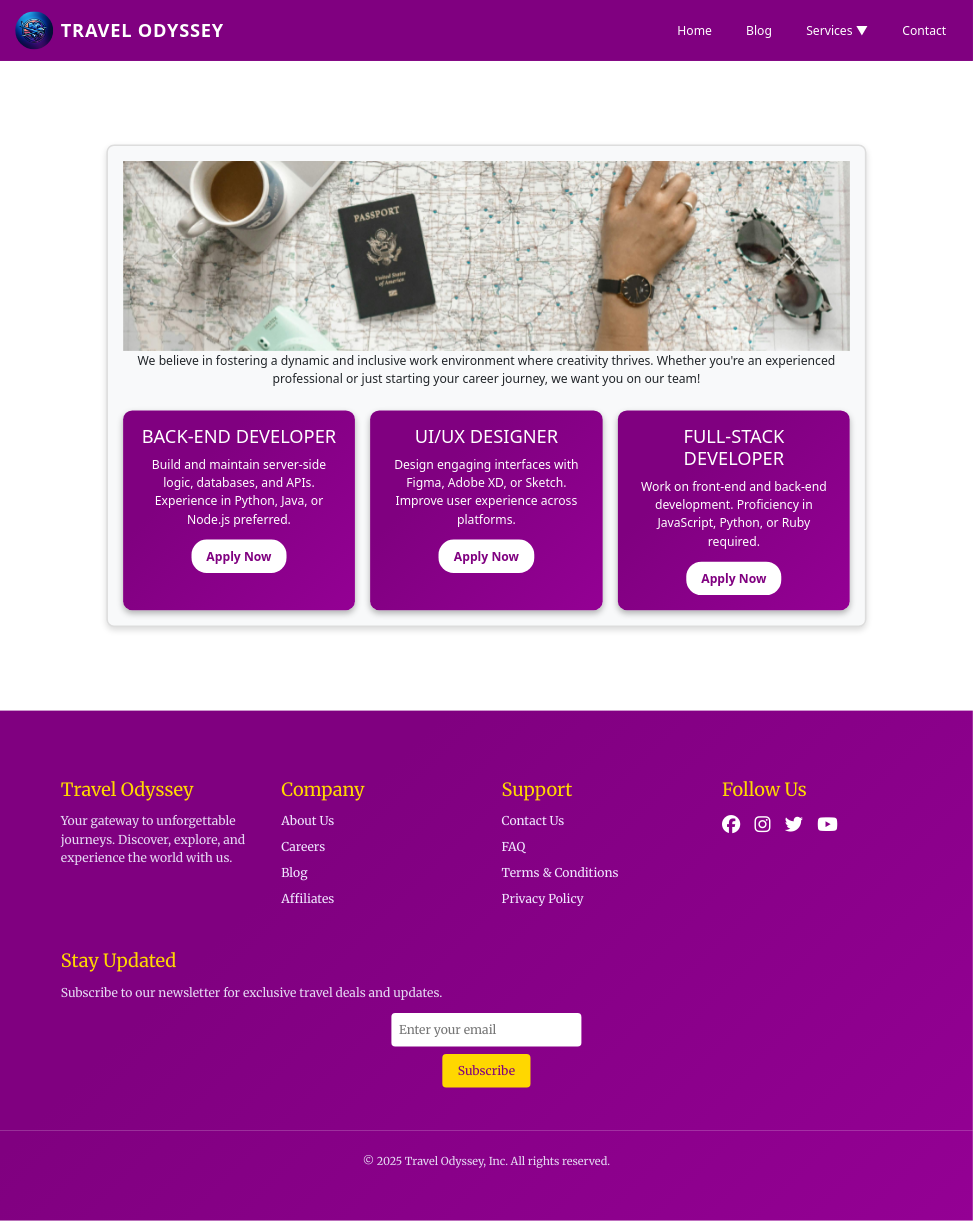
Repository: GHzPhoenix/Project-Odyssey
Page: Frontend/careers.html
An editor plug-in stored every save of this project. The page is shown before and after the next save, followed by the edit.
The browser window is 1280 px wide. The pictures show the whole page, at 76% of full size.
Some web libraries are served in a nearby version.

Above is the page before, as saved 2025-06-08 16:36:54.

### Frontend/careers.html
<!DOCTYPE html>
<html lang="en">
<head>
    <meta charset="UTF-8">
    <meta name="viewport" content="width=device-width, initial-scale=1.0">
    <title>Careers</title>
    <link rel="stylesheet" href="/Frontend/css/style.css">
    <link rel="preconnect" href="https://fonts.googleapis.com">
<link rel="preconnect" href="https://fonts.gstatic.com" crossorigin>
<link href="https://fonts.googleapis.com/css2?family=Merriweather:ital,wght@0,300;0,400;0,700;0,900;1,300;1,400;1,700;1,900&display=swap" rel="stylesheet">
<link href="https://cdn.jsdelivr.net/npm/bootstrap@5.3.3/dist/css/bootstrap.min.css" rel="stylesheet" integrity="sha384-QWTKZyjpPEjISv5WaRU9OFeRpok6YctnYmDr5pNlyT2bRjXh0JMhjY6hW+ALEwIH" crossorigin="anonymous">
<script src="https://cdn.jsdelivr.net/npm/bootstrap@5.3.3/dist/js/bootstrap.bundle.min.js" integrity="sha384-YvpcrYf0tY3lHB60NNkmXc5s9fDVZLESaAA55NDzOxhy9GkcIdslK1eN7N6jIeHz" crossorigin="anonymous"></script>
</head>

<body>
    <header>
      <nav>
        <div class="logo">
            <img src="/Frontend/assets/your-logo.png" alt="Logo">
            Travel Odyssey
        </div>

        <div class="menu-toggle" onclick="toggleMenu()">
            <div></div>
            <div></div>
            <div></div>
        </div>

        <ul>
            <li><a href="index.html">Home</a></li>
            <li><a href="city.html">Blog</a></li>
            <li>
                <a href="#">Services ▼</a>
                <div class="dropdown">
                    <a href="membership.html">Memberships</a>
                    <a href="dream.html">Plan your Trip</a>
                    <a href="client-area.html">Client Area</a>
                </div>
            </li>
            <li><a href="contact.html">Contact</a></li>
        </ul>
    </nav>
    </header>
    <main class="careers-container">
        <div class="box">
            <div id="carouselExample" class="carousel slide">
              <div class="carousel-inner">
                <div class="carousel-item active">
                  <img src="/Frontend/assets/travel2.jpg" class="d-block w-100" alt="...">
                </div>
                <div class="carousel-item">
                  <img src="/Frontend/assets/travel.jpg" class="d-block w-100" alt="...">
                </div>
              <button class="carousel-control-prev" type="button" data-bs-target="#carouselExample" data-bs-slide="prev">
                <span class="carousel-control-prev-icon" aria-hidden="true"></span>
                <span class="visually-hidden">Previous</span>
              </button>
              <button class="carousel-control-next" type="button" data-bs-target="#carouselExample" data-bs-slide="next">
                <span class="carousel-control-next-icon" aria-hidden="true"></span>
                <span class="visually-hidden">Next</span>
              </button>
            </div>
            </div>

    <div class="careers-footer">
        <p>We believe in fostering a dynamic and inclusive work environment where creativity thrives. Whether you're an experienced professional or just starting your career journey, we want you on our team!</p>
    </div>
      <!-- Job Listings -->
      <div class="careers-grid">
          <div class="career-card">
              <h3>Back-End Developer</h3>
              <p>Build and maintain server-side logic, databases, and APIs. Experience in Python, Java, or Node.js preferred.</p>
              <a href="#" class="apply-button">Apply Now</a>
          </div>

          <div class="career-card">
              <h3>UI/UX Designer</h3>
              <p>Design engaging interfaces with Figma, Adobe XD, or Sketch. Improve user experience across platforms.</p>
              <a href="#" class="apply-button">Apply Now</a>
          </div>

          <div class="career-card">
              <h3>Full-Stack Developer</h3>
              <p>Work on front-end and back-end development. Proficiency in JavaScript, Python, or Ruby required.</p>
              <a href="#" class="apply-button">Apply Now</a>
          </div>
      </div>

      <!-- Image Carousel -->

  </main>


  <footer class="footer">
    <div class="footer-container">
        <!-- Company Info -->
        <div class="footer-section">
            <h3>Travel Odyssey</h3>
            <p>Your gateway to unforgettable journeys. Discover, explore, and experience the world with us.</p>
        </div>

        <!-- Quick Links -->
        <div class="footer-section">
            <h3>Company</h3>
            <ul>
                <li><a href="aboutus.html">About Us</a></li>
                <li><a href="careers.html">Careers</a></li>
                <li><a href="blog.html">Blog</a></li>
                <li><a href="affiliates.html">Affiliates</a></li>
            </ul>
        </div>

        <!-- Customer Support -->
        <div class="footer-section">
            <h3>Support</h3>
            <ul>
                <li><a href="contact.html">Contact Us</a></li>
                <li><a href="faq.html">FAQ</a></li>
                <li><a href="terms.html">Terms & Conditions</a></li>
                <li><a href="privacy.html">Privacy Policy</a></li>
            </ul>
        </div>

        <!-- Social Media -->
        <div class="footer-section">
            <h3>Follow Us</h3>
            <div class="social-icons">
                <a href="#"><i class="fab fa-facebook"></i></a>
                <a href="#"><i class="fab fa-instagram"></i></a>
                <a href="#"><i class="fab fa-twitter"></i></a>
                <a href="#"><i class="fab fa-youtube"></i></a>
            </div>
        </div>

        <!-- Newsletter Subscription -->
        <div class="footer-section newsletter">
            <h3>Stay Updated</h3>
            <p>Subscribe to our newsletter for exclusive travel deals and updates.</p>
            <form action="#">
                <input type="email" placeholder="Enter your email" required>
                <button type="submit">Subscribe</button>
            </form>
        </div>
    </div>

    <hr>

    <div class="footer-bottom">
        <p>© 2025 Travel Odyssey, Inc. All rights reserved.</p>
    </div>
</footer>

<!-- FontAwesome for icons -->
<script src="https://kit.fontawesome.com/a076d05399.js" crossorigin="anonymous"></script>

<script>
  function toggleMenu() {
      document.querySelector("nav ul").classList.toggle("active");
  }
</script>
</body>
</html>

Loaded but not shown: Frontend/css/style.css (994 lines, source omitted)

After the next save:
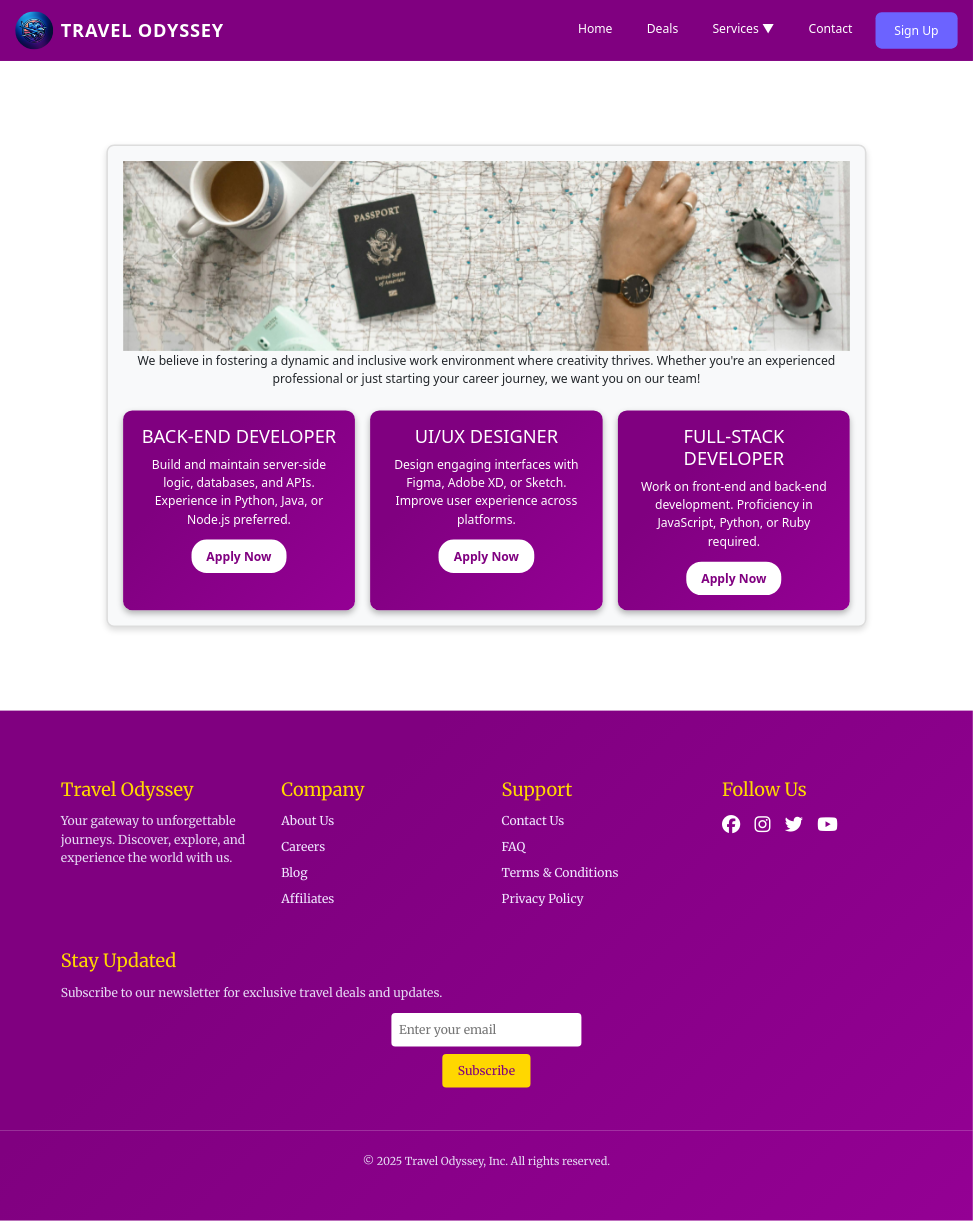
Saved 19 s later.
--- a/Frontend/careers.html
+++ b/Frontend/careers.html
@@ -16,30 +16,29 @@
     <header>
       <nav>
         <div class="logo">
-            <img src="/Frontend/assets/your-logo.png" alt="Logo">
-            Travel Odyssey
+          <img src="/Frontend/assets/your-logo.png" alt="Logo" />
+          Travel Odyssey
         </div>
-
         <div class="menu-toggle" onclick="toggleMenu()">
-            <div></div>
-            <div></div>
-            <div></div>
+          <div></div>
+          <div></div>
+          <div></div>
         </div>
-
-        <ul>
-            <li><a href="index.html">Home</a></li>
-            <li><a href="city.html">Blog</a></li>
-            <li>
-                <a href="#">Services ▼</a>
-                <div class="dropdown">
-                    <a href="membership.html">Memberships</a>
-                    <a href="dream.html">Plan your Trip</a>
-                    <a href="client-area.html">Client Area</a>
-                </div>
-            </li>
-            <li><a href="contact.html">Contact</a></li>
+        <ul class="nav-menu">
+          <li><a href="index.html">Home</a></li>
+          <li><a href="deals.html">Deals</a></li>
+          <li class="dropdown-parent">
+            <a href="#">Services ▼</a>
+            <div class="dropdown">
+              <a href="membership.html">Memberships</a>
+              <a href="dream.html">Plan your Trip</a>
+              <a href="client-area.html">Client Area</a>
+            </div>
+          </li>
+          <li><a href="contact.html">Contact</a></li>
+          <li><a href="signup.html" class="signup-btn">Sign Up</a></li>
         </ul>
-    </nav>
+      </nav>
     </header>
     <main class="careers-container">
         <div class="box">
